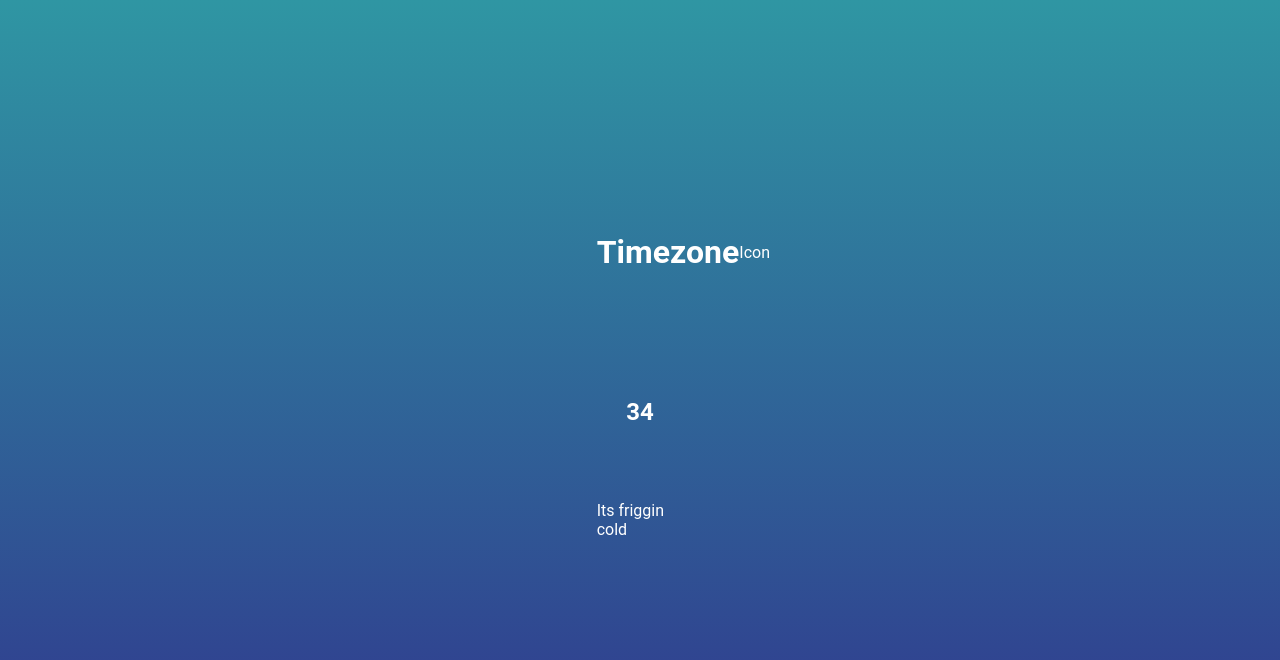
Repository: BaczkiewiczDawid/weatherApp
Page: index.html
The author's editor kept a copy of each file at every save. The page is drawn from the files as they stood at one save, then again after the next save.
The browser window is 1280 px wide. The pictures show the whole page.

Above is the page before, as saved 2020-02-22 19:18:24.

### index.html
<!DOCTYPE html>
<head>
    <link rel="stylesheet" href="style.css">
    <link href="https://fonts.googleapis.com/css?family=Montserrat:300,400,500,700,900&display=swap" rel="stylesheet">
    <meta name="viewport" content="width=device-width, initial-scale=1.0">
    <meta charset="UTF-8">
</head>
<body>
    <div class="location">
        <h1 class="location-timezone">Timezone</h1>
        <p>Icon</p>
    </div>
    <div class="temperature">
        <h2 class="degree">34</h2>
        <div class="temperature-description">Its friggin cold</div>
    </div>
    <script src="app.js"></script>
</body>

### style.css
* {
    margin: 0;
    padding: 0;
    box-sizing: border-box;
}
body, html {
    font-family: 'Roboto', sans-serif;
    height: 100vh;
    display: flex;
    justify-content: center;
    align-items: center;
    flex-direction: column;
    color: white;
    background: linear-gradient(rgb(47,150,163), rgb(48,62,143));
}
.location, .temperature {
    height: 30vh;
    width: 50%;
    display: flex;
    justify-content: space-around;
    align-items: center;
}
.temperature {
    flex-direction: column;
}

Loaded but not shown: app.js (no stored copy; drawn as an empty file)

After the next save:
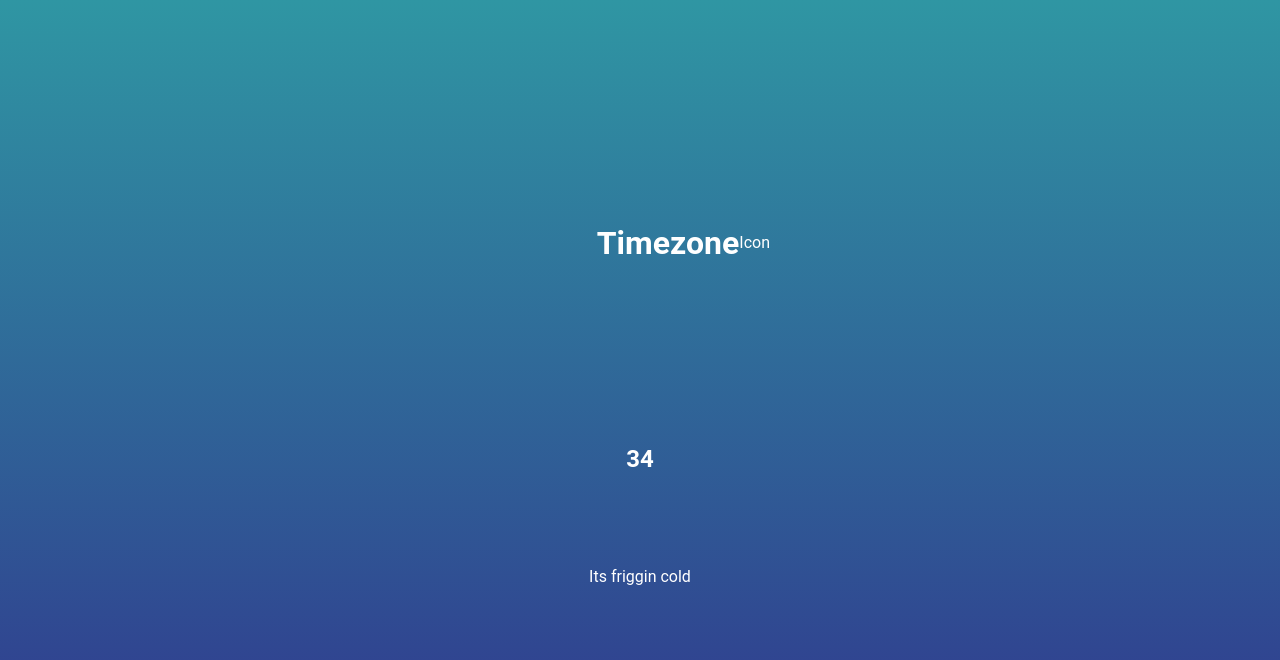
Saved 41 s later.
--- a/index.html
+++ b/index.html
@@ -12,7 +12,7 @@
     </div>
     <div class="temperature">
         <h2 class="degree">34</h2>
-        <div class="temperature-description">Its friggin cold</div>
     </div>
+    <div class="temperature-description">Its friggin cold</div>
     <script src="app.js"></script>
 </body>
